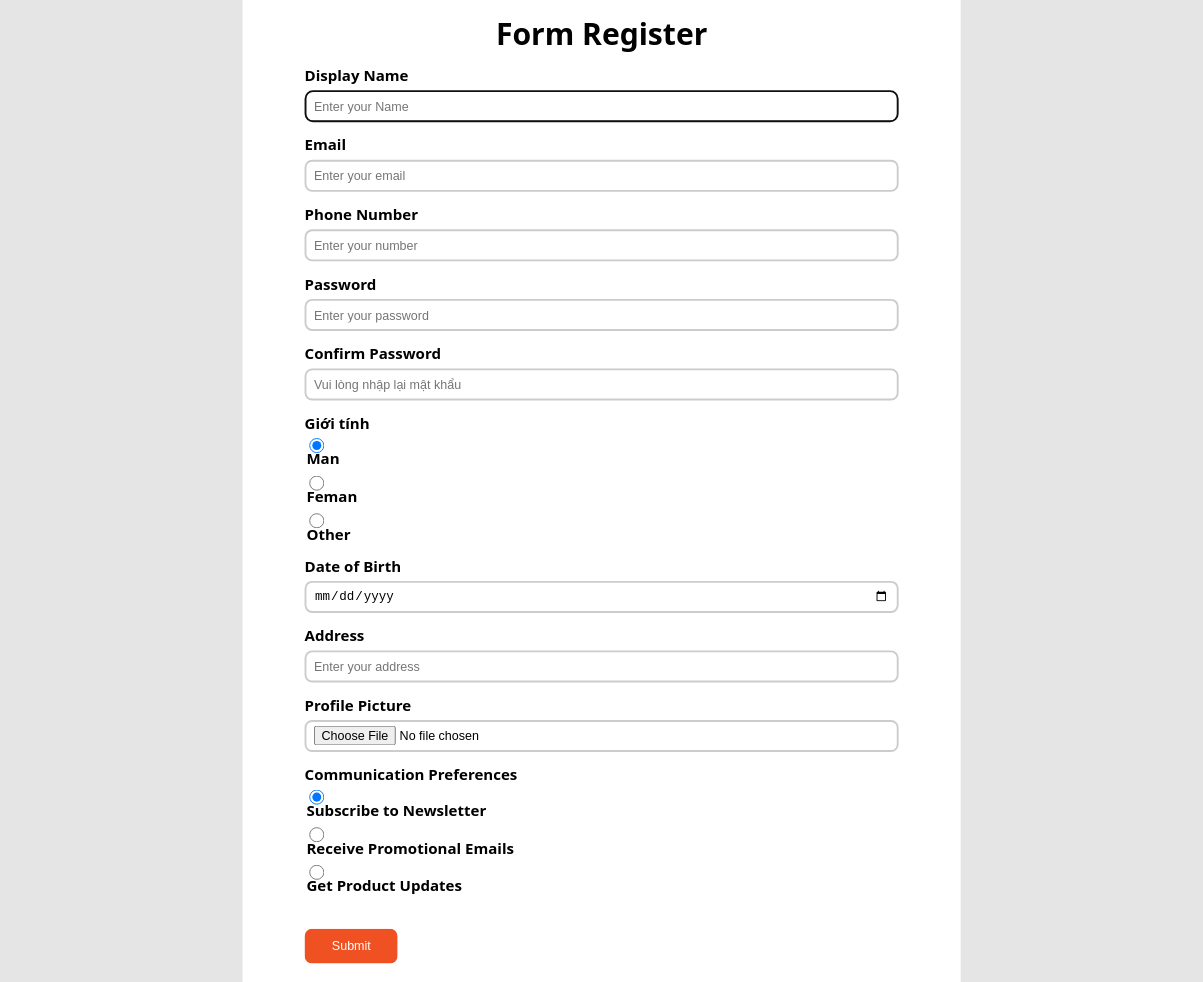
Repository: lannguyen1301/f8-zoom-day-4
Page: form.html
These files come from the project's save history. The page is drawn as it stood at one moment and after a run of saves; the edit follows.
The browser window is 1280 px wide. The pictures show the whole page, at 94% of full size.

Above is the page before, as saved 2025-04-19 23:05:08.

### form.html
<!DOCTYPE html>
<html lang="en">

<head>
    <meta charset="UTF-8">
    <meta name="viewport" content="width=device-width, initial-scale=1.0">
    <title>Form Register</title>
    <link rel="stylesheet" href="./assets/css/reset.css">
    <link rel="stylesheet" href="./assets/css/style.css">
    <link rel="stylesheet" href="./assets/css/form-resgiter.css">
</head>

<body>
    <div class="content">
        <h1 class="title-desc">Form Register</h1>
        <div class="top-desc">
            <form action="https://api-gateway.fullstack.edu.vn/action_page.php" method="post" autocomplete="off">
                <div class="form-group">
                    <label for="name">Display Name</label>
                    <input type="text" name="name" id="name" maxlength="20" minlength="5" pattern="[A-Za-z0-9]+"
                        size="30" placeholder="Enter your Name" required autocomplete="on" spellcheck="false" readonly
                        autofocus>
                </div>
                <div class="form-group">
                    <label for="email">Email</label>
                    <input type="email" name="email" id="email" placeholder="Enter your email" required
                        pattern="[a-z0-9._%+-]+@[a-z0-9.-]+\.[a-z]{2,}$" autocomplete="on" spellcheck="false"
                        inputmode="email" onchange="alert('Email của bạn đã thay đổi!')">
                </div>
                <div class="form-group">
                    <label for="phone">Phone Number</label>
                    <input type="tel" name="phone" id="phone" placeholder="Enter your number" required
                        pattern="^\+?[0-9]{10,15}$" maxlength="15" minlength="10" autocomplete="tel"
                        onchange="alert('Số điện thoại của bạn đã thay đổi!')" inputmode="tel">
                </div>
                <div class="form-group">
                    <label for="password">Password</label>
                    <input type="password" name="password" id="password" placeholder="Enter your password" required
                        maxlength="20" minlength="8" pattern="(?=.*\d)(?=.*[a-z])(?=.*[A-Z])(?=.*[@#$%^&+=]).{8,}"
                        autocomplete="current-password" autofocus spellcheck="false">
                </div>
                <div class="form-group">
                    <label for="confirm-password">Confirm Password</label>
                    <input type="password" name="confirm-password" id="confirm-password"
                        placeholder="Vui lòng nhập lại mật khẩu" required autocomplete="new-password" maxlength="20"
                        minlength="8">
                </div>
                <div class="form-group">
                    <label for=""> Giới tính</label>
                    <input type="radio" name="gender" id="male" value="male" required autofocus checked>
                    <label for="male">Man</label>
                    <input type="radio" name="gender" id="female" value="female" required autofocus>
                    <label for="female">Feman</label>
                    <input type="radio" name="gender" id="other" value="other" required autofocus>
                    <label for="other">Other</label>
                </div>
                <div class="form-group">
                    <label for="birthday">Date of Birth</label>
                    <input type="date" name="birthday" id="birthday" required autocomplete="bday-day" min="1900-01-01"
                        max="">
                </div>
                <div class="form-group">
                    <label for="address">Address</label>
                    <input type="text" name="address" id="address" placeholder="Enter your address" readonly autofocus
                        spellcheck="false" pattern="[A-Za-z0-9\s,]+">
                </div>
                <div class="form-group">
                    <label for="profile">Profile Picture</label>
                    <input type="file" name="profile" id="profile" required accept="image/*" autofocus>
                </div>
                <div class="form-group">
                    <label for="">Communication Preferences</label>
                    <input type="radio" name="preferences" id="newsletter" required checked>
                    <label for="newsletter">Subscribe to Newsletter</label>
                    <input type="radio" name="preferences" id="promotional" required>
                    <label for="promotional">Receive Promotional Emails</label>
                    <input type="radio" name="preferences" id="update" required>
                    <label for="update">Get Product Updates</label>
                </div>

                <div class="form-group">
                    <button type="submit" class="btn">Submit</button>
                </div>
            </form>
        </div>
    </div>
</body>

</html>

### assets/css/style.css
* {
    box-sizing: border-box;
}

body {
    margin: 0 auto;
    font-size: 16px;
    font-family: system-ui, "Segoe UI", Roboto, Helvetica, Arial, sans-serif,
        "Apple Color Emoji", "Segoe UI Emoji", "Segoe UI Symbol";
    background-color: #e6e5e5;
}

a {
    text-decoration: none;
}

.content {
    max-width: 764px;
    margin: inherit;
    padding: 20px 66px;
    background-color: #fff;
}

.top-desc {
    margin: 22px 0 35px;
    text-align: center;
}

.title-desc {
    /* margin: 30px 0; */
    font-size: 32px;
    color: #020202;
    font-weight: 900;
    text-align: center;
}

.list {
    margin: 20px 0;
    text-align: center;
    font-size: 16px;
    color: green;
    font-weight: 500;
}

.item {
    display: inline-block;
    margin: 0 20px;
    font-weight: 900;
    font-size: 1.5rem;
}

.link {
    color: inherit;
    padding: 10px;
}

.item:hover > .link {
    color: orange;
    background-color: #fafafa;
    padding: 10px;
    border-radius: 5px;
}

.infor-desc {
    margin-top: 8px;
    color: #020202;
}

.work-experience {
    text-transform: uppercase;
    font-weight: 500;
}

.company-top {
    width: 100%;
    margin-top: 16px;
    text-align: justify;
    display: flex;
    justify-content: space-between;
}

.company-left {
    display: inline-block;
}

.company-right {
    display: inline-block;
}

.company-left,
.company-right {
    font-weight: 500;
}

.company-bottom {
    margin-top: 20px;
}

.company-list {
    list-style: disc;
    margin-left: 28px;
    font-size: 13px;
    text-align: justify;
    line-height: 1.4;
}

.h2-desc {
    margin-top: 16px;
}

.company-bolt {
    font-weight: 500;
}

### assets/css/form-resgiter.css
.top-desc {
    margin: unset;
    text-align: unset;
}
form {
    margin-top: 20px;
}

.form-group {
    margin-top: 16px;
}

.form-group label,
.form-group input {
    display: block;
}

.form-group label {
    font-weight: 600;
}

.form-group input:not([type="radio"]):not([type="checkbox"]) {
    width: 100%;
    height: 34px;
    margin-top: 8px;
    padding: 4px 8px;
    border: 2px solid #ccc;
    border-radius: 8px;
}

.form-group input[type="radio"],
.form-group input[type="checkbox"],
.form-group input[type="radio"] + label,
.form-group input[type="checkbox"] + label {
    /* display: inline-block; */
    display: block;
}

.form-group input[type="radio"] {
    width: 16px;
    height: 16px;
    margin-top: 8px;
}

.form-group input[type="radio"] + label {
    position: relative;
    top: -2px;
    margin-right: 16px;
    padding-left: 2px;
}

.form-group .btn {
    margin-top: 20px;
    padding: 10px 28px;
    border: 1px solid transparent;
    border-radius: 8px;
    color: #fff;
    background: #f05123;
    cursor: pointer;
}

.form-group .btn:hover {
    opacity: 0.9;
}

Loaded but not shown: assets/css/reset.css (common file)

After the next 2 saves:
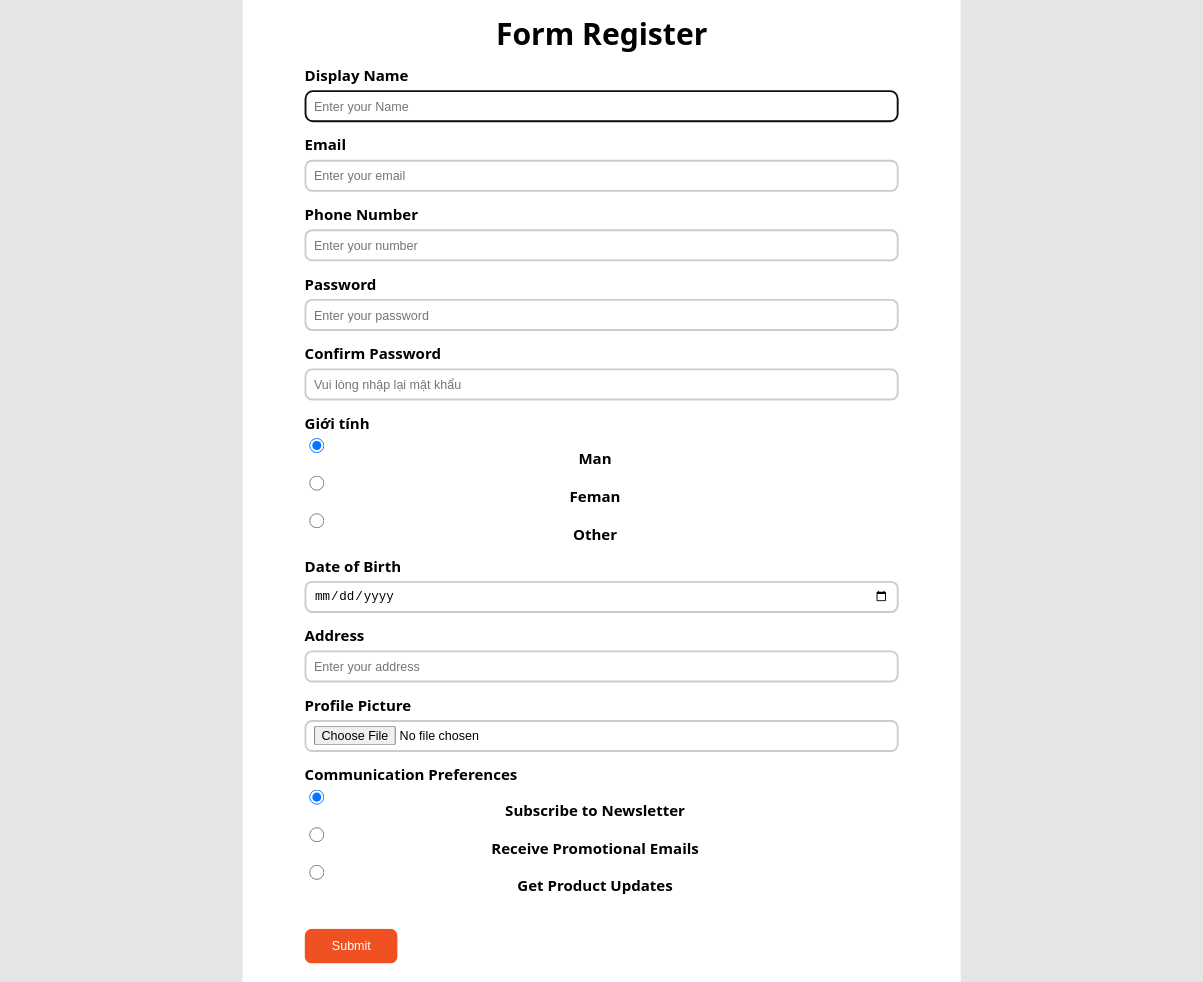
The 2 saves are shown as one change because they came seconds apart.
The last was saved 16 s later.
--- a/assets/css/form-resgiter.css
+++ b/assets/css/form-resgiter.css
@@ -33,7 +33,9 @@
 .form-group input[type="radio"] + label,
 .form-group input[type="checkbox"] + label {
     /* display: inline-block; */
-    display: block;
+    display: flex;
+    align-items: center;
+    justify-content: center;
 }
 
 .form-group input[type="radio"] {

After the save that followed:
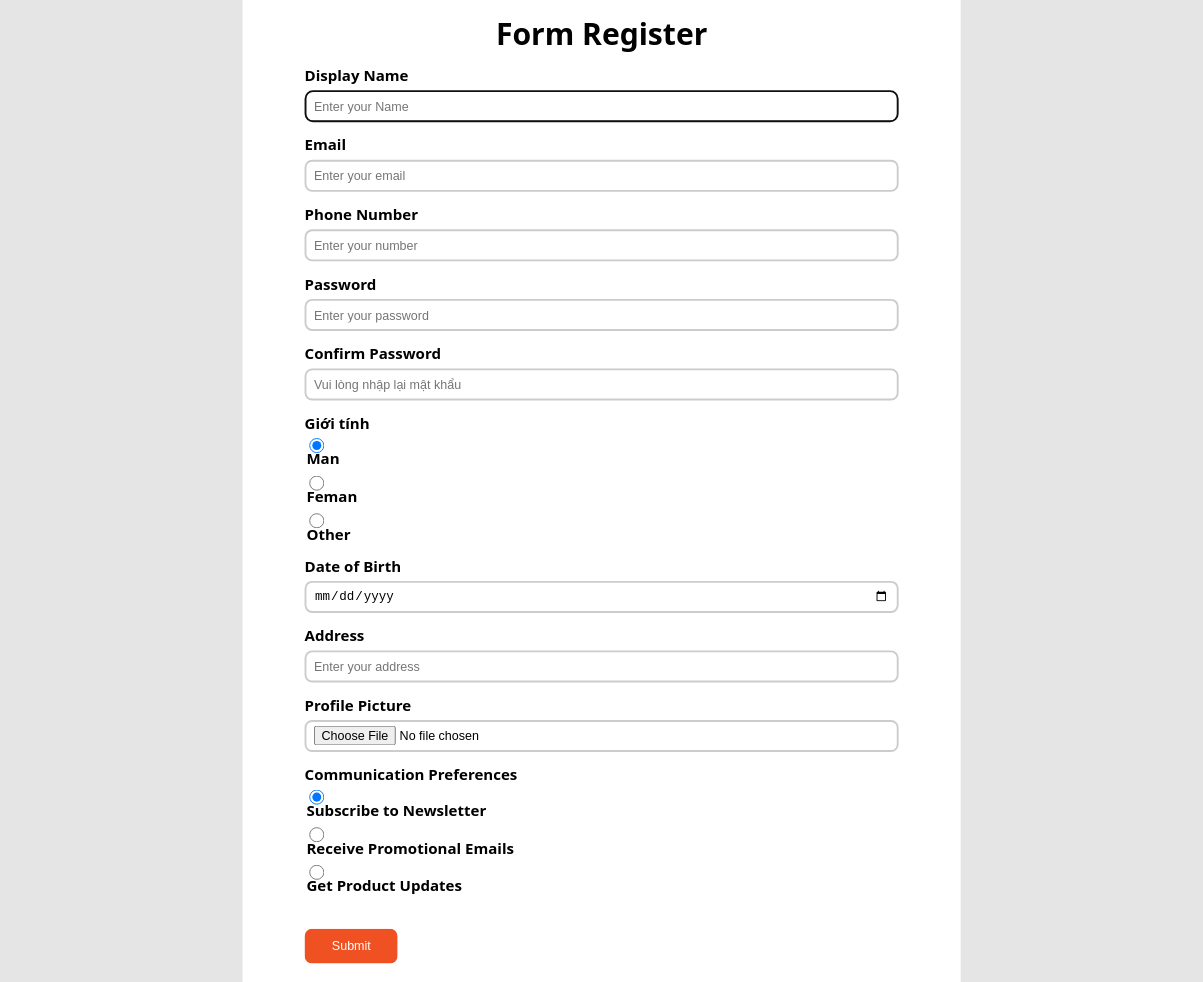
Saved 7 s later.
--- a/assets/css/form-resgiter.css
+++ b/assets/css/form-resgiter.css
@@ -35,7 +35,7 @@
     /* display: inline-block; */
     display: flex;
     align-items: center;
-    justify-content: center;
+    /* justify-content: center; */
 }
 
 .form-group input[type="radio"] {
